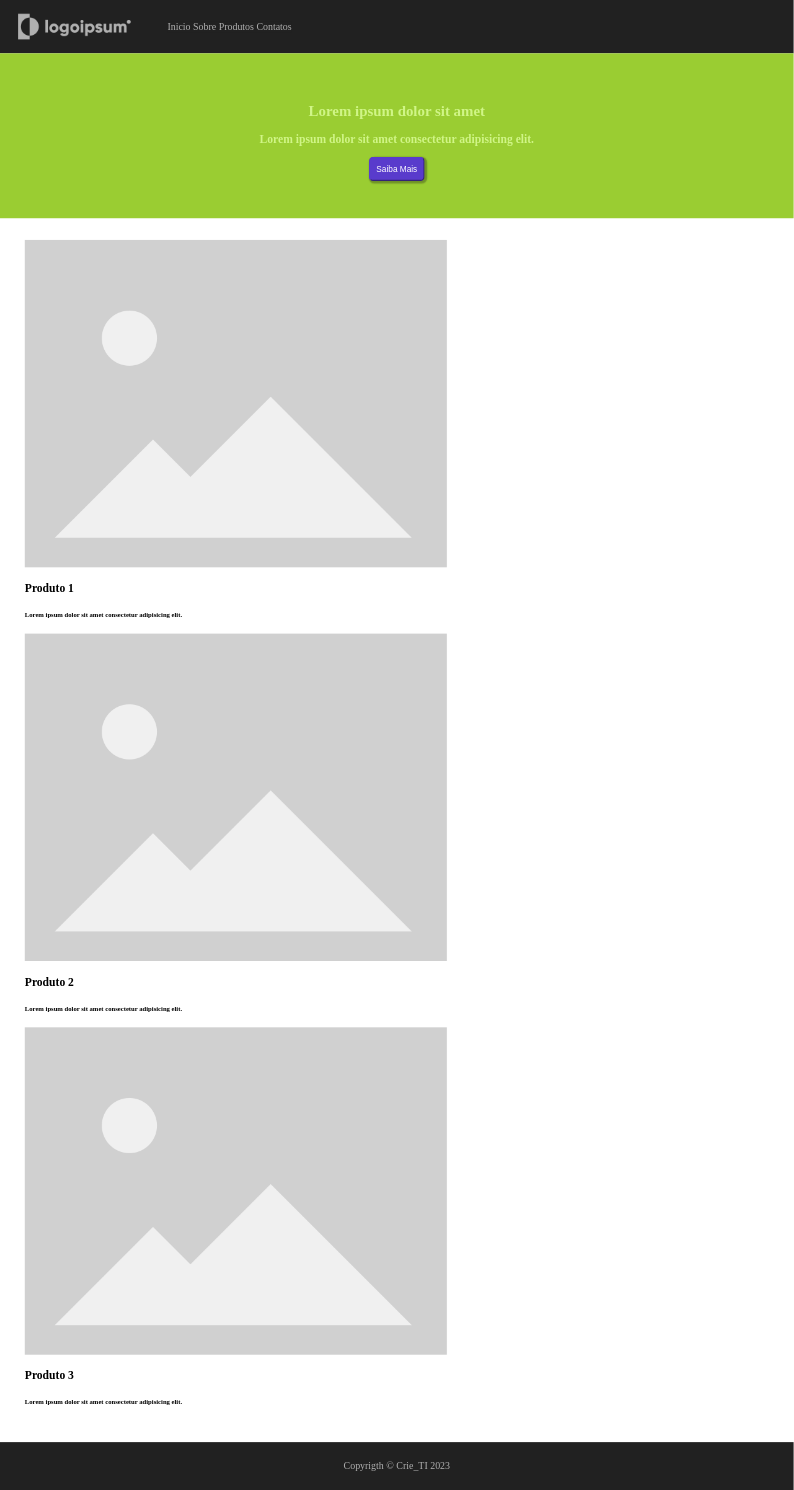
Repository: robsonwssantos/Projeto_Olaria
Page: Exercicios/ex.01/index.html
An editor plug-in stored every save of this project. The page is shown before and after the next save, followed by the edit.
The browser window is 1280 px wide. The pictures show the whole page, at 62% of full size.

Above is the page before, as saved 2023-04-21 11:33:10.

### Exercicios/ex.01/index.html
<!DOCTYPE html>
<html lang="pt-BR">
<head>
    <meta charset="UTF-8">
    <meta http-equiv="X-UA-Compatible" content="IE=edge">
    <meta name="viewport" content="width=device-width, initial-scale=1.0">
    <title>Desafio HTML-CSS</title>

    <style>
        body {
            margin: 0;
        }

        nav {
            color: #B0B0B0;
            background-color: #212121;
        }

        .banner {
            color: #d0f587;
            background-color: #9ACD32;
            text-align: center;
            padding: 60px 60px 60px 60px;
        }

        .banner h1 {
            text-size-adjust: 400px;
        }

        .botao {
            color: #fff;
            background-color: #593BCC;
            border-color: #593BCC;
            border-radius: 7px;
            padding: 10px 10px 10px 10px;
            box-shadow: 2px 2px 2px 2px rgba(19, 18, 18, 0.315);
        }


        header {
            display: flex;
            align-items: center;
            background-color:#212121;
            padding-left: 20px;
            padding-right: 20px;
            box-sizing: border-box;
            color: #B0B0B0;;
          /*  width: 100%;
            position: absolute;
            position: fixed;
            top: 0; */
        }

        header img {
            width: 200px;
            margin-right: 50px;
        }

        header a {
            text-decoration: none;
            color: #B0B0B0;
        }

        a:hover {
            color: #ffffff;
        }

        .container {

                padding-top:35px;
                padding-bottom: 35px;
                padding-left: 40px;
                padding-right: 40px;
        }


        footer {
            text-align: center;
            padding-top: 30px;
            padding-bottom: 30px;
            color:#B0B0B0;
            background-color:#212121;

        }

    </style>

</head>
<body>
    <header>

        <img src="logo.png" alt="">
        <nav>
            <a href="">Inicio</a>
            <a href="">Sobre</a>
            <a href="">Produtos</a>
            <a href="">Contatos</a>
        </nav>

    </header>
   <main>
        <section class="banner">
            <div>
                <h1>Lorem ipsum dolor sit amet</h1>
                <h3>Lorem ipsum dolor sit amet consectetur adipisicing elit.</h3>
                <button class="botao">Saiba Mais</button>
            </div>
        </section>

        <section class="container" class="row">
            <div class="colum">
                <img src="placeholder.png" alt="">
                <h3>Produto 1</h3>
                <h6>Lorem ipsum dolor sit amet consectetur adipisicing elit.</h6>
            </div>
            <div class="colum">
                <img src="placeholder.png" alt="">
                <h3>Produto 2</h3>
                <h6>Lorem ipsum dolor sit amet consectetur adipisicing elit.</h6>
            </div>
            <div class="colum">
                <img src="placeholder.png" alt="">
                <h3>Produto 3</h3>
                <h6>Lorem ipsum dolor sit amet consectetur adipisicing elit.</h6>
            </div>
        </section>
   </main>

    <footer>
        Copyrigth © Crie_TI 2023
    </footer>
</body>
</html>

After the next save:
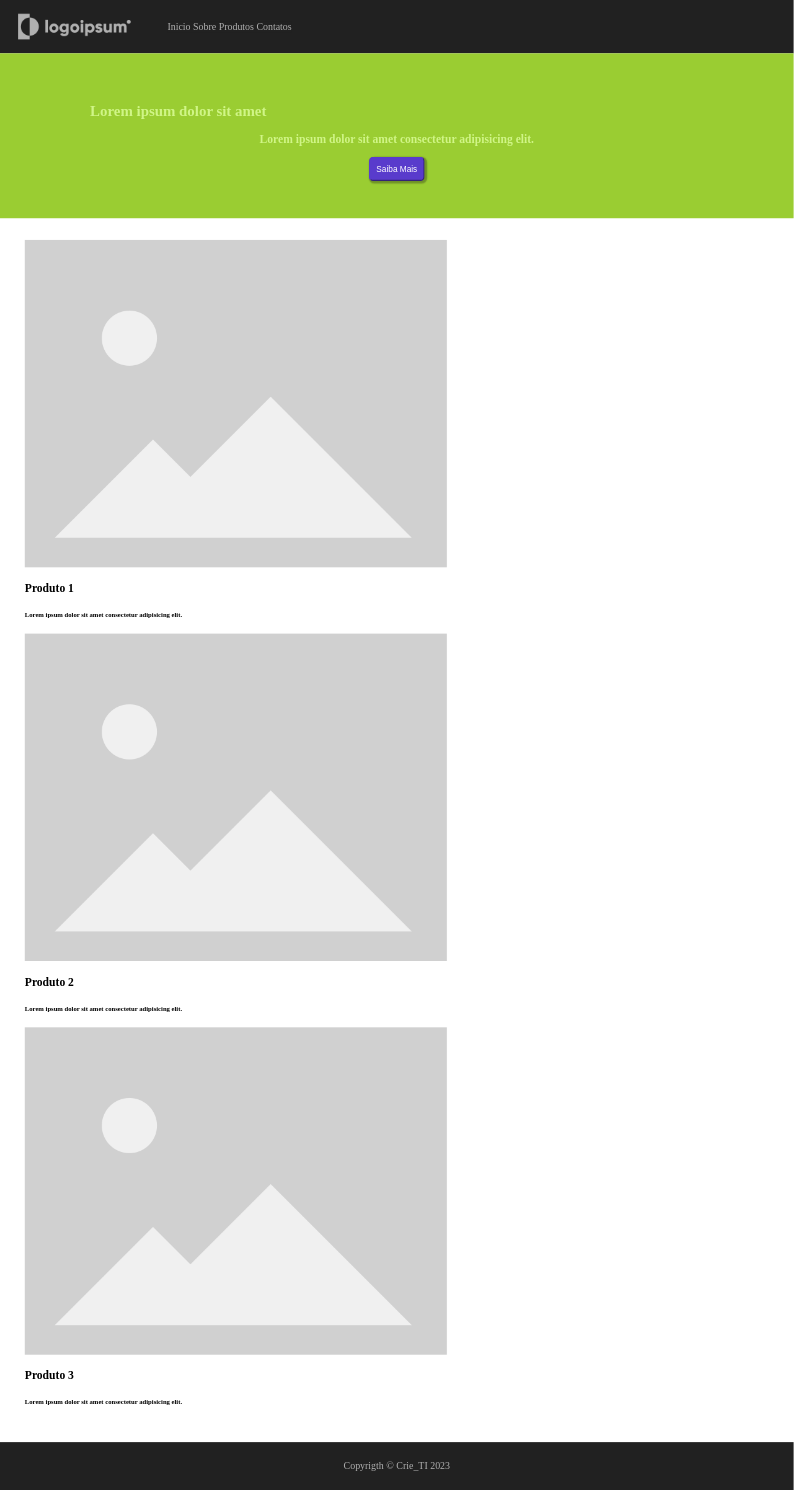
Saved 17 s later.
--- a/Exercicios/ex.01/index.html
+++ b/Exercicios/ex.01/index.html
@@ -24,7 +24,7 @@
         }
 
         .banner h1 {
-            text-size-adjust: 400px;
+            width: 455px;
         }
 
         .botao {
